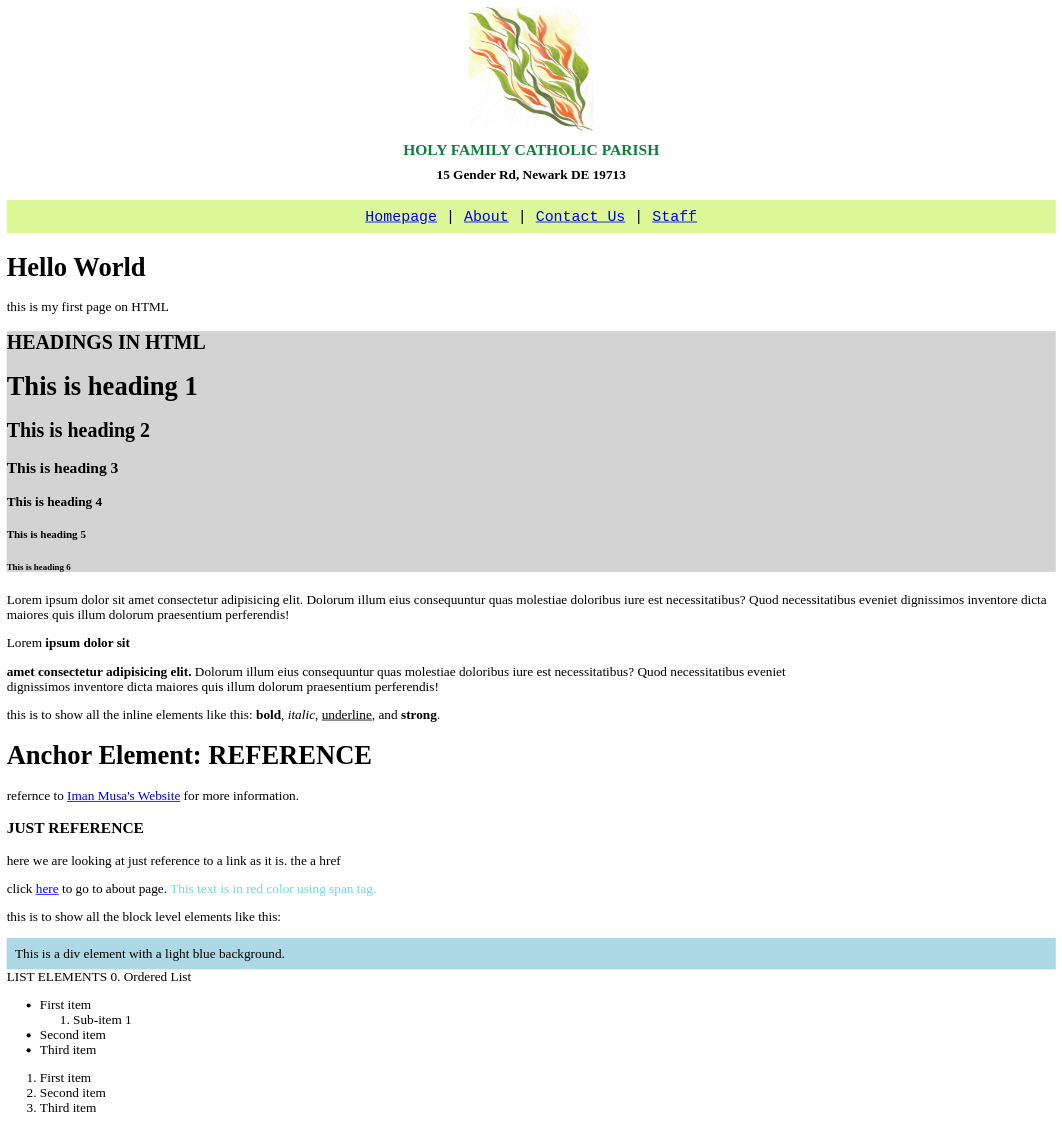
Repository: ficotims/HTML-RESTART
Page: Homepage.html
The author's editor kept a copy of each file at every save. The page is drawn from the files as they stood at one save, then again after the next save.
The browser window is 1280 px wide. The pictures show the whole page, at 83% of full size.

Above is the page before, as saved 2026-02-07 13:28:58.

### Homepage.html
<!doctype html>
<html lang="en">
  <head>
    <meta charset="UTF-8" />
    <meta name="viewport" content="width=device-width, initial-scale=1.0" />
    <title>HTML Crash course with Iman Musa</title>
  </head>
  <body>
    <div style="text-align: center;">
      <img
        src="images/The Burning Bush.jpg"
        alt="Catholic Church Logo"
        width="150"
        height="150"
      />
    <h3><span style="color: rgb(14, 126, 61);"><div style="line-height: 0;">HOLY FAMILY CATHOLIC PARISH</b></span></h3>
    <H4>15 Gender Rd, Newark DE 19713</H4></div>
    <!-- NAVIGATION SECTION -->
     <div style="background-color: rgb(220, 248, 153); padding: 10px; text-align: center; font-size: 18px; font-family: monospace, Lemon milk;">
    <a href="Homepage.html" target="_top">Homepage</a> |
    <a href="about.html">About</a> | <a href="Contact us.html">Contact Us</a> |
    <a href="staff.html">Staff</a>
     </div>

    <h1>Hello World</h1>
    <p>this is my first page on HTML</p>
    <!-- this is a comment and will not appear on the screen/ page -->
    <!-- let us introduce the headings -->
    <div style="background-color: lightgray; padding: px; text-align: left">
      <h2>HEADINGS IN HTML</h2>
    <h1>This is heading 1</h1>
    <h2>This is heading 2</h2>
    <h3>This is heading 3</h3>
    <h4>This is heading 4</h4>
    <h5>This is heading 5</h5>
    <h6>This is heading 6</h6>
    </div>

    <!-- thi is for paragraphs now -->
    <p>
      Lorem ipsum dolor sit amet consectetur adipisicing elit. Dolorum illum
      eius consequuntur quas molestiae doloribus iure est necessitatibus? Quod
      necessitatibus eveniet dignissimos inventore dicta maiores quis illum
      dolorum praesentium perferendis!
    </p>

    <p>
      Lorem <b>ipsum dolor sit <div>amet consectetur adipisicing elit.</b> Dolorum
      illum eius consequuntur quas molestiae doloribus iure est necessitatibus?
      Quod necessitatibus eveniet </div>dignissimos inventore dicta maiores quis illum
      dolorum praesentium perferendis!
    </p>


    <!-- this is for inline leve elements -->

    <p>
      this is to show all the inline elements like this: <b>bold</b>,
      <i>italic</i>, <u>underline</u>, and <strong>strong</strong>.
      <br />

      <!-- using the other inline elements: Anchor Elements (which are just links) -->
    </p>
    <h1>Anchor Element: REFERENCE</h1>
    refernce to
    <a href="https://www.google.com" target="_blank">Iman Musa's Website</a> for
    more information.
    <h3>JUST REFERENCE</h3>
    <p>here we are looking at just reference to a link as it is. the a href</p>
    click <a href="about.html" target="_blank">here</a> to go to about page.

    <!-- SPAN ELEMENT -->
    <span style="color: rgba(31, 190, 211, 0.63)">This text is in red color using span tag.</span>
    <p>
      <!-- now let us introduce the block level elements -->
      this is to show all the block level elements like this:
    </p>

    <div style="background-color: lightblue; padding: 10px">
      This is a div element with a light blue background.
    </div>

    <!-- this is LIST -->
<hi2>LIST ELEMENTS</h2>

    0. Ordered List

    <ul>
      <li>First item</li>
      <ol><li>Sub-item 1</li></ol>
      <li>Second item</li>
      <li>Third item</li>
    </ul>

    <ol>
      <li>First item</li>
      <li>Second item</li>
      <li>Third item</li>
    </ol>
  </body>
</html>

After the next save:
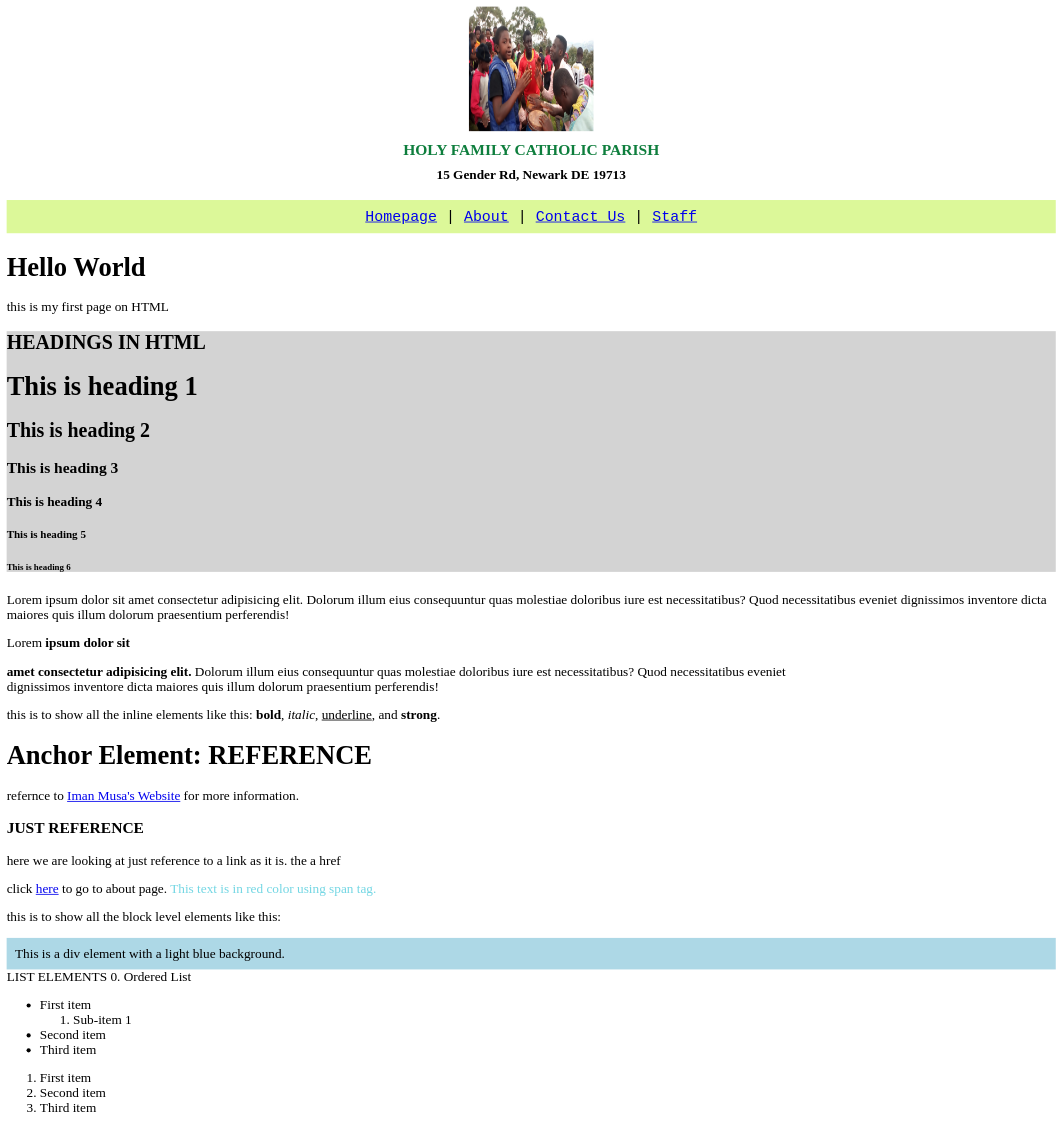
Saved 5 h 8 min later.
--- a/Homepage.html
+++ b/Homepage.html
@@ -8,7 +8,7 @@
   <body>
     <div style="text-align: center;">
       <img
-        src="images/The Burning Bush.jpg"
+        src="images/Acension.jpg"
         alt="Catholic Church Logo"
         width="150"
         height="150"
